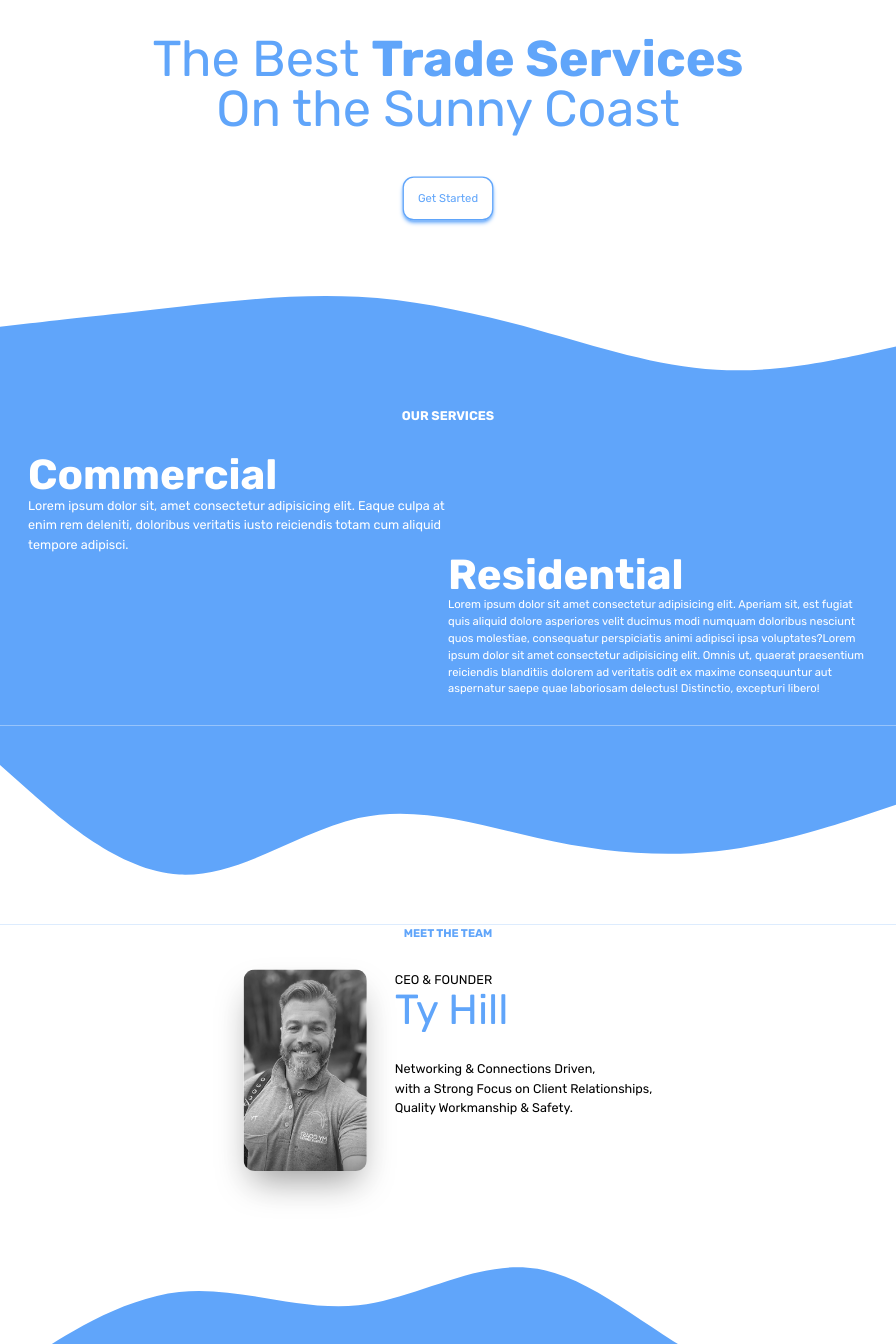
Repository: Jace-Kington/mce-website
Page: /
An editor plug-in stored every save of this project. The page is shown before and after the next save, followed by the edit.
The browser window is 1280 px wide. The pictures show the part of the page from y = 0 to 1920 px (the page is 2767 px tall before and 2815 px after), at 70% of full size.
The project was rebuilt for these pictures with package versions that can differ from the ones it lists, and the page was loaded fresh each time. The framework's server and built-in components were replaced by stand-ins that run in the browser. Also part of the build but not shown: next.config.js.

Above is the page before, as saved 2022-11-12 13:55:13.

After the next save:
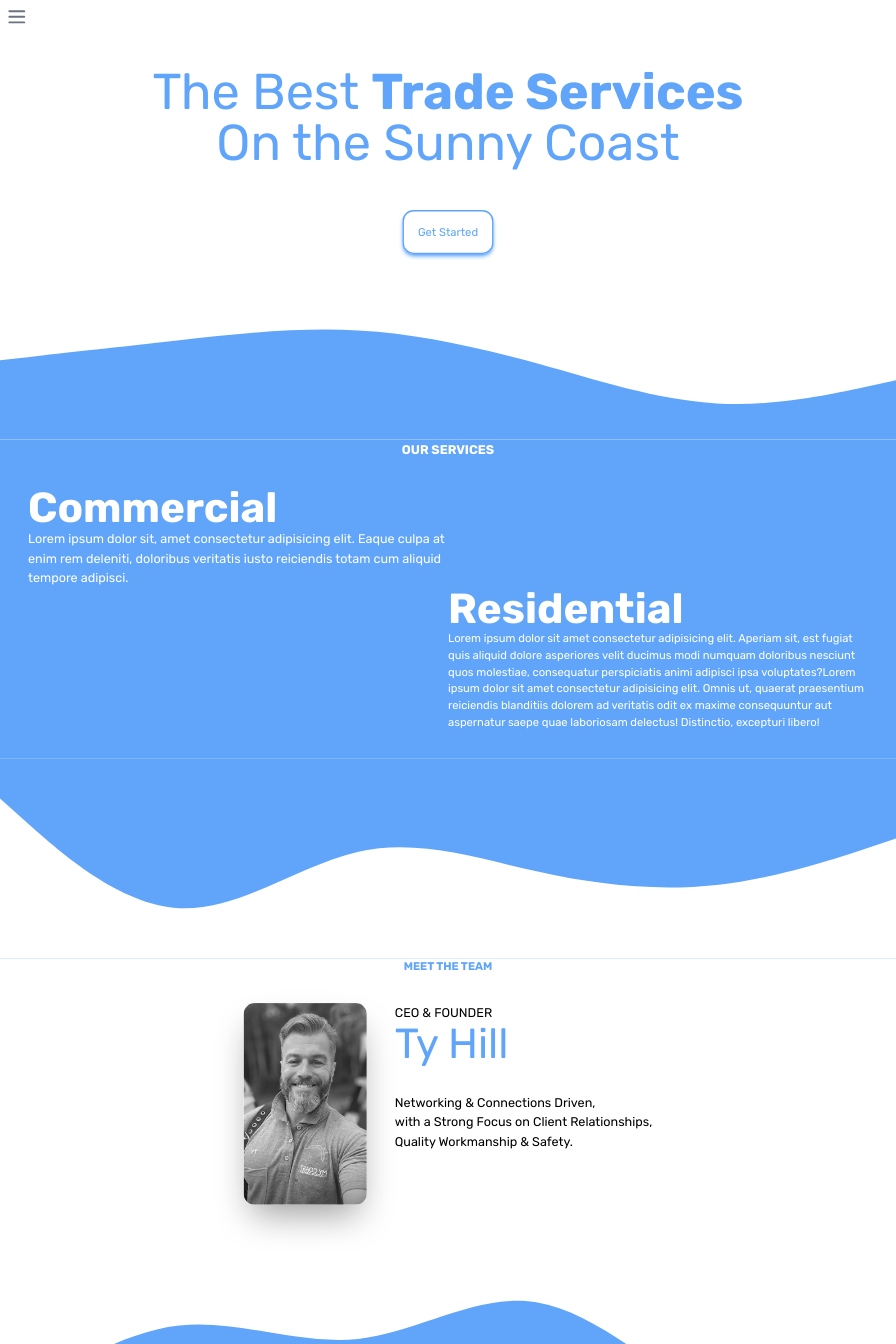
Saved 85 s later.
--- a/components/Navbar.jsx
+++ b/components/Navbar.jsx
@@ -7,11 +7,10 @@ import Link from 'next/link'
 const Navbar = () => {
   return (
     <div className=''>
-      <head>
-      </head>
-      <div className='flex lg:hidden justify-between items-center ml-5 mr-5'>
+          <HamburgerMenu className = 'md:hidden sm:visible'/>
+
+      <div className='flex lg:hidden sm:visible justify-between items-center ml-5 mr-5'>
         <Image alt = "" src={image_2} className='rounded-full p-2 h-28 w-28' />
-    <HamburgerMenu className = 'md:hidden sm:visible'/>
         <div className='flex gap-10 items-center'>
           <a className='hover:text-blue-400 transition ease-in' href='#services-section'>
             Services
